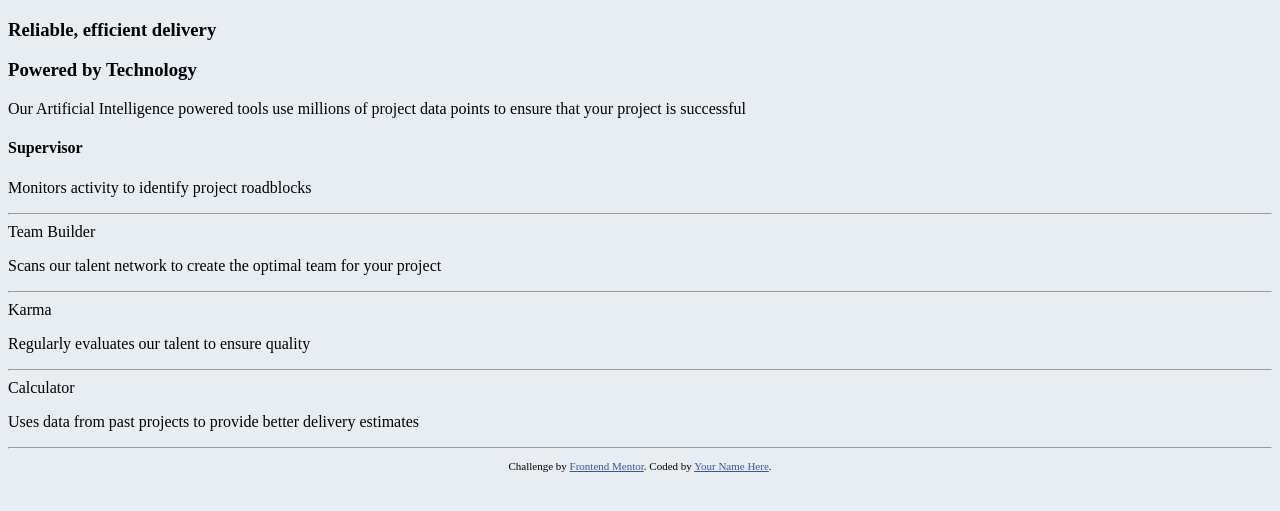
Repository: AngelaMwelu/four-card-page
Page: index.html
The author's editor kept a copy of each file at every save. The page is drawn from the files as they stood at one save, then again after the next save.
The browser window is 1280 px wide. The pictures show the whole page.

Above is the page before, as saved 2025-05-15 15:03:54.

After the next save:
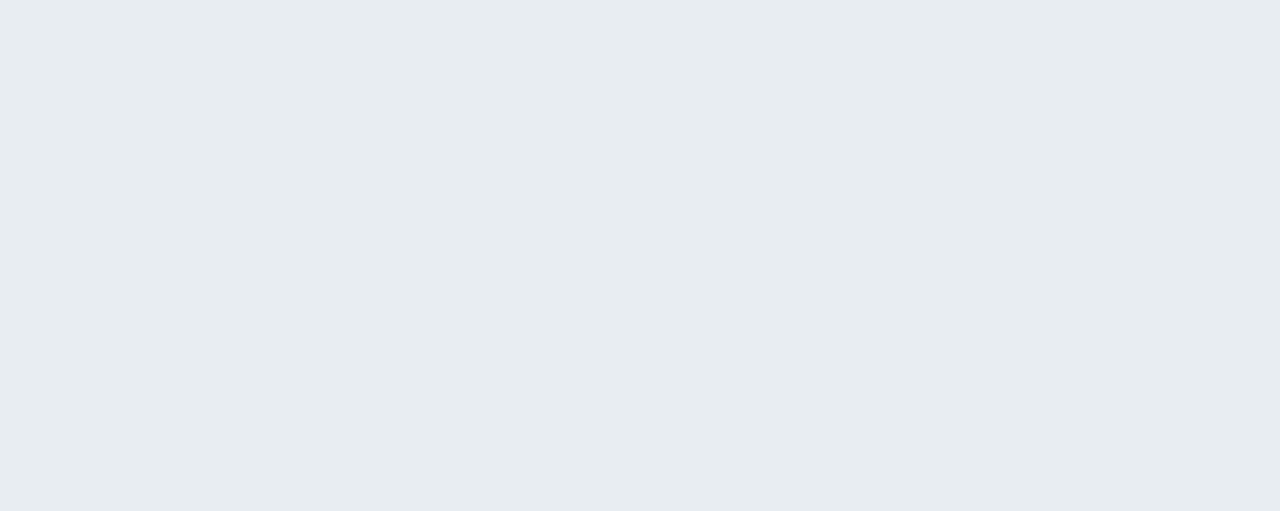
Saved 7 s later.
--- a/index.html
+++ b/index.html
@@ -13,7 +13,7 @@
     .attribution { font-size: 11px; text-align: center; }
     .attribution a { color: hsl(228, 45%, 44%); }
   </style>
-
+  <style
 </head>
 <body>
   <div class="Card">

After the 3 saves that followed:
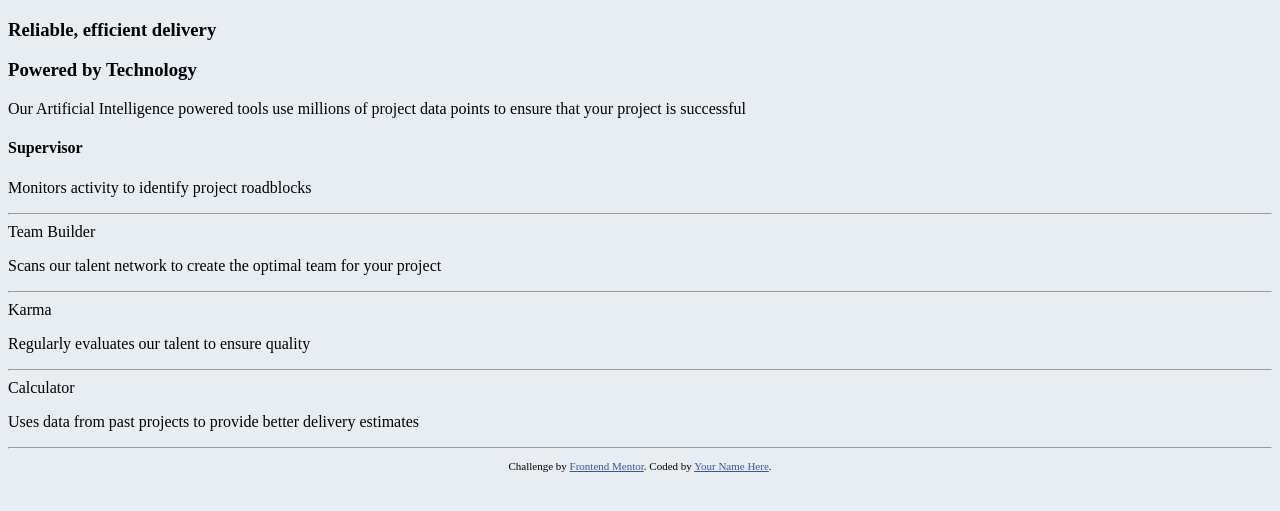
The 3 saves are shown as one change because they came seconds apart.
The last was saved 10 s later.
--- a/index.html
+++ b/index.html
@@ -13,7 +13,11 @@
     .attribution { font-size: 11px; text-align: center; }
     .attribution a { color: hsl(228, 45%, 44%); }
   </style>
-  <style
+  <style>
+    .Card{
+
+    }
+  </style>
 </head>
 <body>
   <div class="Card">
